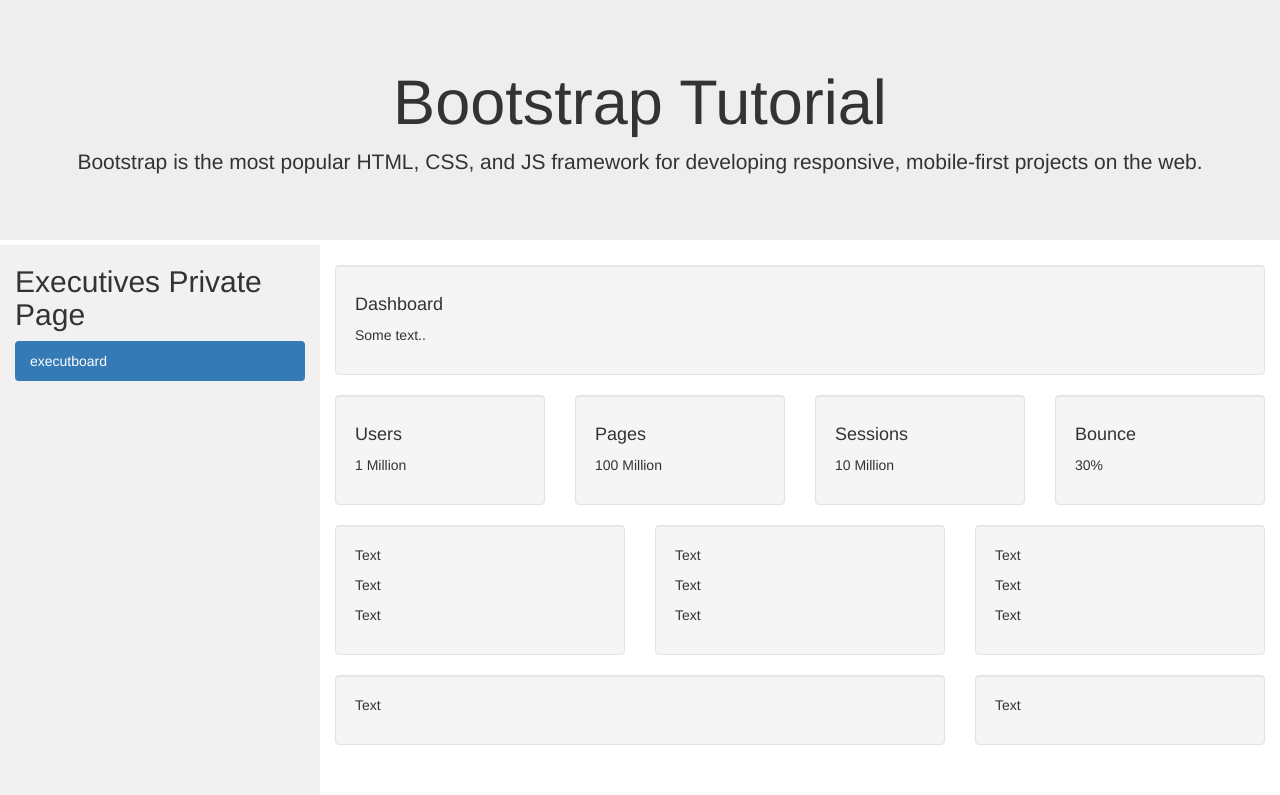
Repository: as2019a/spring
Page: http://localhost/ch19_project_mavenwebsite/WEB-INF/views/executives/maps.jsp
These files come from the project's save history. The page is drawn as it stood at one moment and after the next save; the edit follows.
The browser window is 1280 px wide. The pictures show the whole page.
Some web libraries are served in a nearby version. The page is served by Tomcat 9. Nobody is signed in. Other server files are loaded and not shown. The template is opened directly, without the code that normally fills it, so the values that code supplies are empty.

Above is the page before, as saved 2019-01-29 08:45:24.

### ch19_project_mavenwebsite/src/main/webapp/WEB-INF/views/executives/maps.jsp
<%@ page language="java" contentType="text/html; charset=UTF-8"
    pageEncoding="UTF-8"%>
<%@ taglib prefix="c" uri="http://java.sun.com/jsp/jstl/core" %>
<!DOCTYPE html>
<html>
<head>
<meta charset="UTF-8">
<meta name="viewport"
 	  content="width=device-width, initial-scale=1">
<title>Executives Web Page</title>
<link href="https://maxcdn.bootstrapcdn.com/bootstrap/3.3.2/css/bootstrap.min.css" rel="stylesheet">
<link rel="stylesheet" href="https://use.fontawesome.com/releases/v5.5.0/css/all.css">
<style>
	.jumbotron{
		margin-bottom: 5px;
		text-align:center;
	}

    /* Set height of the grid so .sidenav can be 100% (adjust as needed) */
    .row.content {height: 550px}

    /* Set gray background color and 100% height */
    .sidenav {
      background-color: #f1f1f1;
      height: 100%;
    }

    /* On small screens, set height to 'auto' for the grid */
    @media screen and (max-width: 767px) {
      .row.content {height: auto;}
    }
  </style>
</head>
<body>
	<div class="jumbotron">
	    <h1>Bootstrap Tutorial</h1>
	    <p>Bootstrap is the most popular HTML, CSS, and JS framework for developing responsive, mobile-first projects on the web.</p>
	</div>
	<nav class="navbar navbar-inverse visible-xs">
	  <div class="container-fluid">
	    <div class="navbar-header">
	      <button type="button" class="navbar-toggle" data-toggle="collapse" data-target="#myNavbar">
	        <span class="icon-bar"></span>
	        <span class="icon-bar"></span>
	        <span class="icon-bar"></span>
	      </button>
	      <a class="navbar-brand" href="executives/onadmin">Executives Private Page</a>
	    </div>
	    <div class="collapse navbar-collapse" id="myNavbar">
	      <ul class="nav navbar-nav">
	        <li class="active"><a href="executives/executboard">executboard</a></li>
	        <li><a href="executives/"></a></li>
	        <li><a href="#"></a></li>
	        <li><a href="#"></a></li>
	      </ul>
	    </div>
	  </div>
	</nav>

	<div class="container-fluid">
	  <div class="row content">
	    <div class="col-sm-3 sidenav hidden-xs">
	      <h2>Executives Private Page</h2>
	      <ul class="nav nav-pills nav-stacked">
	        <li class="active"><a href="executives/executboard">executboard</a></li>
	        <li><a href="#section2"></a></li>
	        <li><a href="#section3"></a></li>
	        <li><a href="#section3"></a></li>
	      </ul><br>
	    </div>
	    <br>

	    <div class="col-sm-9">
	      <div class="well">
	        <h4>Dashboard</h4>
	        <p>Some text..</p>
	      </div>
	      <div class="row">
	        <div class="col-sm-3">
	          <div class="well">
	            <h4>Users</h4>
	            <p>1 Million</p>
	          </div>
	        </div>
	        <div class="col-sm-3">
	          <div class="well">
	            <h4>Pages</h4>
	            <p>100 Million</p>
	          </div>
	        </div>
	        <div class="col-sm-3">
	          <div class="well">
	            <h4>Sessions</h4>
	            <p>10 Million</p>
	          </div>
	        </div>
	        <div class="col-sm-3">
	          <div class="well">
	            <h4>Bounce</h4>
	            <p>30%</p>
	          </div>
	        </div>
	      </div>
	      <div class="row">
	        <div class="col-sm-4">
	          <div class="well">
	            <p>Text</p>
	            <p>Text</p>
	            <p>Text</p>
	          </div>
	        </div>
	        <div class="col-sm-4">
	          <div class="well">
	            <p>Text</p>
	            <p>Text</p>
	            <p>Text</p>
	          </div>
	        </div>
	        <div class="col-sm-4">
	          <div class="well">
	            <p>Text</p>
	            <p>Text</p>
	            <p>Text</p>
	          </div>
	        </div>
	      </div>
	      <div class="row">
	        <div class="col-sm-8">
	          <div class="well">
	            <p>Text</p>
	          </div>
	        </div>
	        <div class="col-sm-4">
	          <div class="well">
	            <p>Text</p>
	          </div>
	        </div>
	      </div>
	    </div>
	  </div>
	</div>
	<script src="https://code.jquery.com/jquery-3.3.1.min.js"></script>
	<script src="https://maxcdn.bootstrapcdn.com/bootstrap/3.3.2/js/bootstrap.min.js"></script>
</body>
</html>

After the next save:
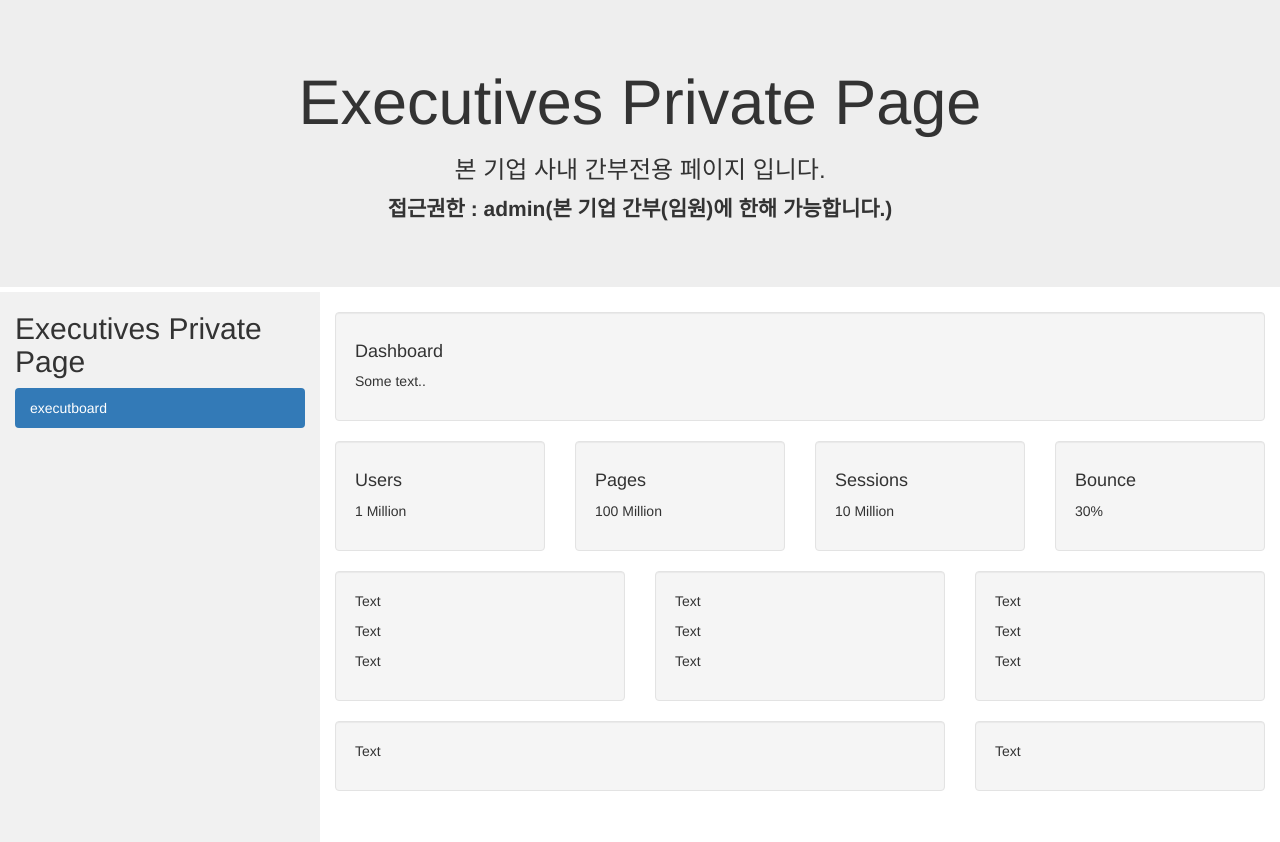
Saved 2 min 7 s later.
--- a/ch19_project_mavenwebsite/src/main/webapp/WEB-INF/views/executives/maps.jsp
+++ b/ch19_project_mavenwebsite/src/main/webapp/WEB-INF/views/executives/maps.jsp
@@ -33,8 +33,9 @@
 </head>
 <body>
 	<div class="jumbotron">
-	    <h1>Bootstrap Tutorial</h1>
-	    <p>Bootstrap is the most popular HTML, CSS, and JS framework for developing responsive, mobile-first projects on the web.</p>
+	    <h1>Executives Private Page</h1>
+	    <h3>본 기업 사내 간부전용 페이지 입니다.</h3>
+	    <p><b>접근권한 : admin(본 기업 간부(임원)에 한해 가능합니다.)</b></p>
 	</div>
 	<nav class="navbar navbar-inverse visible-xs">
 	  <div class="container-fluid">
